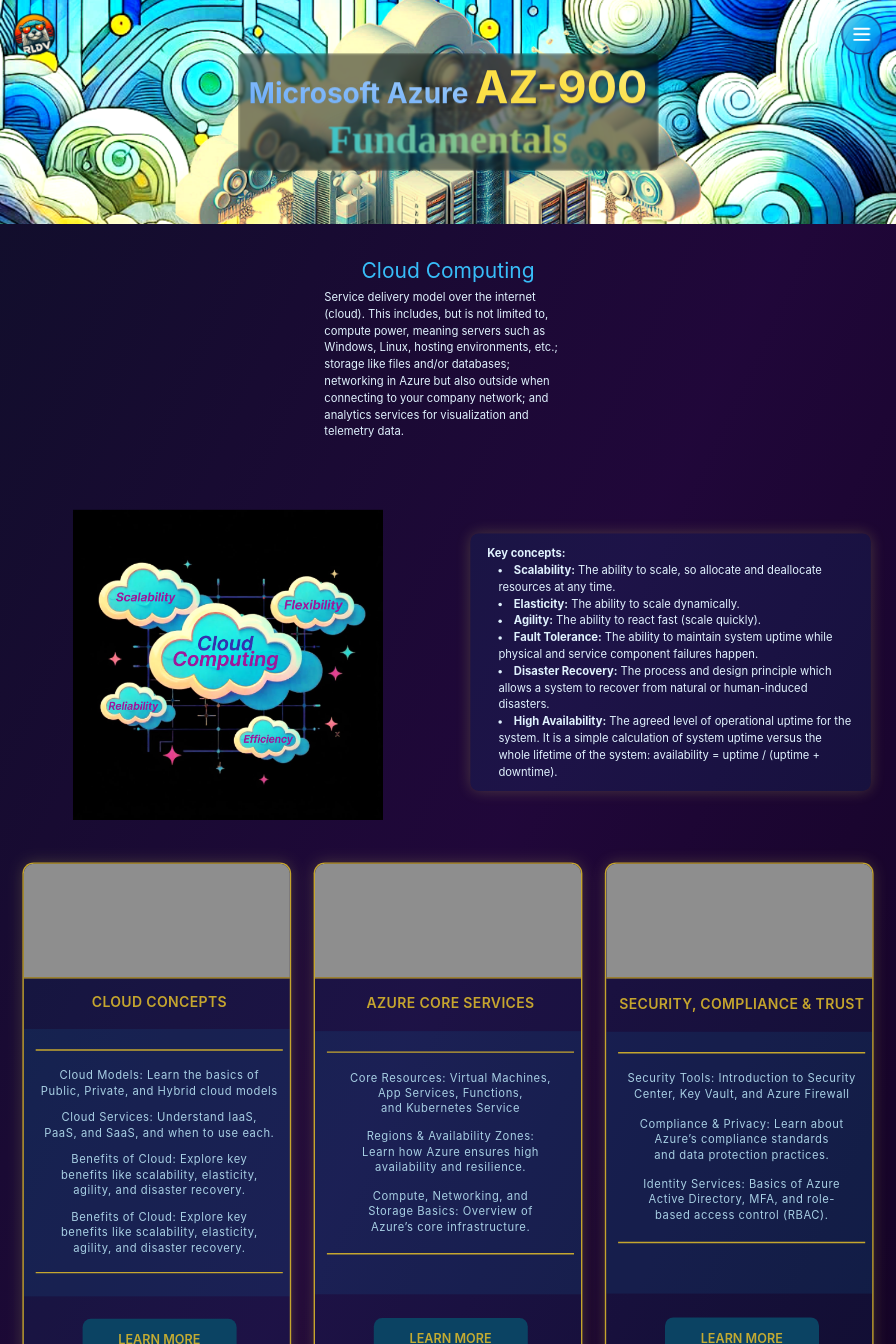
Repository: Freezler/az-900_svelte5
Page: /
An editor plug-in stored every save of this project. The page is shown before and after the next save, followed by the edit.
The browser window is 1280 px wide. The pictures show the part of the page from y = 0 to 1920 px (the page is 2710 px tall), at 70% of full size.
Pictures or frames that could not be fetched are drawn as grey boxes. The project was rebuilt for these pictures with package versions that can differ from the ones it lists, and the page was loaded fresh each time. The framework's server and built-in components were replaced by stand-ins that run in the browser. Also part of the build but not shown: vite.config.ts.

Above is the page before, as saved 2024-11-10 10:53:06.

### src/app.html
<!doctype html>
<html lang="en">
	<head>
		<meta charset="utf-8" />
		<link rel="icon" href="%sveltekit.assets%/favicon.png" />
		<meta name="viewport" content="width=device-width, initial-scale=1" />
		%sveltekit.head%
	</head>
	<body data-sveltekit-preload-data="hover" >
		<div style="display: contents">%sveltekit.body%</div>
	</body>
</html>

### src/routes/+layout.svelte
<script lang="ts">
	import '../app.css';
	let { children } = $props();

</script>

<div class="bg-gradient-to-br from-[#0d0c28fc] via-[#1b0135f9] to-[#10021e] bg-cover bg-center bg-no-repeat ">{@render children()}</div>

### src/routes/+page.svelte
<script lang="ts">
	import ComputingArticle from '../components/ComputingArticle.svelte';

	import Toggle from '../components/Toggle.svelte';
	import Header from '../components/Header.svelte';
	import Popover from '../components/Menu.svelte';
	import Cards from '../components/Cards.svelte';
	import Login from '../components/Login.svelte';
</script>

<header class="">
	<Popover />
	<Header />
</header>
<main>
	<section>
		<ComputingArticle />
		<Cards />
	</section>
	<aside><Toggle /></aside>
	<footer><Login /></footer>
</main>

### src/app.css
@tailwind base;
@tailwind components;
@tailwind utilities;

:root {
  --text-color  : rgba(244, 205, 48, 0.888);
  --bg-color    : hsla(217, 87%, 3%, 0.298);
  --bg-color2   : hsla(299, 91%, 31%, 0.974);
  --bg-gradient : 135deg, rgba(237, 249, 10, .7) 0%, rgba(216, 204, 37, 0.7) 35%, rgba(0, 212, 255, 0.7) 100%;
  --bg-gradient2: 90deg, rgba(216, 204, 37, 0.5) 0%, rgba(0, 212, 255, 0.5) 70%;
}

* {
  margin     : 0;
  padding    : 0;
  box-sizing : border-box;
  user-select: none;
  /* outline : 1px dotted red; */
}

body {
  font-family: 'Inter', sans-serif;


}

### src/components/ComputingArticle.svelte
<div class="grid items-center justify-center gap-2 place-self-center text-sky-100 w-[35ch] pt-12">
	<h2 class="text-3xl text-center text-sky-400">Cloud Computing</h2>
	<p>
		Service delivery model over the internet (cloud). This includes, but is not limited to, compute
		power, meaning servers such as Windows, Linux, hosting environments, etc.; storage like files
		and/or databases; networking in Azure but also outside when connecting to your company network;
		and analytics services for visualization and telemetry data.
	</p>
</div>

<section class="grid items-center grid-cols-1 lg:grid-cols-2 justify-center place-items-center place-self-center place-content-center gap-0	z-10 text-start">
	<img
		src="../public/images/cloud.png"
		alt="cloudSolutions"
		loading="lazy"

		class=" w-full md:w-[572px]  mx-auto rounded-2xl overflow-hidden  mr-16"
	/>
	<article
		class=" bg-sky-600/10  text-sky-100 px-6 py-4 w-[572px] mt-16 rounded-xl shadow-[0_0px_22px_rgba(255,255,99,0.2)]"
	>
		<p><strong>Key concepts:</strong></p>
		<ul class="list-inside list-disc pl-4">
			<li>
				<strong>Scalability:</strong> The ability to scale, so allocate and deallocate resources at any
				time.
			</li>
			<li><strong>Elasticity:</strong> The ability to scale dynamically.</li>
			<li><strong>Agility:</strong> The ability to react fast (scale quickly).</li>
			<li>
				<strong>Fault Tolerance:</strong> The ability to maintain system uptime while physical and service
				component failures happen.
			</li>
			<li>
				<strong>Disaster Recovery:</strong> The process and design principle which allows a system to
				recover from natural or human-induced disasters.
			</li>
			<li>
				<strong>High Availability:</strong> The agreed level of operational uptime for the system. It
				is a simple calculation of system uptime versus the whole lifetime of the system: availability
				= uptime / (uptime + downtime).
			</li>
		</ul>
	</article>
</section>

### src/components/Toggle.svelte
<script lang="ts">

	let name = $state('Randy');
	let status: 'DARK' | 'LIGHT' = $state('DARK');
	let full_name = $derived(name + ' ' + 'de vries');

	function toggle() {
		status = status === 'DARK' ? 'LIGHT' : 'DARK';
	}

	function onclick() {
		status = status === 'DARK' ? 'LIGHT' : 'DARK';
		window.document.body.classList.toggle('dark-mode')
	}
</script>

<div class="max-w-[400px] mx-auto grid place-items-center items-center justify-center gap-2 border-2 p-4  py-8 my-4 bg-yellow-600/10">
		<p class="text-2xl font-serif text-white ">
			set theme: <span class="font-sans {status === 'LIGHT' ? 'text-gray-200' : 'text-red-900'}">{status}</span>
		</p>

		<!-- <button on:click={toggle}>toggle status</button> -->
		<button
			class=" w-[176px] rounded bg-blue-500 px-4 py-2 font-bold text-white hover:bg-blue-700 active:scale-[.98]"
			type="button"
			onclick={toggle}>Toggle theme</button
		>
	</div>

### src/components/Header.svelte
<script lang="ts">
	// Declare props
	let { name = 'AZ-900' } = $props();

	// Local state for the surname
	let surname = $state('Fundamentals');

	// Derived state for the full name
	let full_name = $derived(`${name} ${surname}`);
</script>

<div
	class="max-w-[100svw] z-100 mx-auto grid h-80 place-content-center place-items-center items-center justify-center bg-[url('/public/images/headImage.png')] bg-cover bg-top"
>
	<div class="grid backdrop-blur-[2px] px-4 rounded-lg backdrop-brightness-[.50] pb-4">
		<h1
			class="shadow-[rgba(7, 25, 224, 0.9)] drop bg-clip-text text-center text-[clamp(1rem,5vw,2.5rem)] font-bold text-transparent bg-gradient-to-tr from-blue-400 via-blue-300 to-blue-700  drop-shadow-[-2px_2px_2px_rgba(137, 25, 224, 0.9)]"
		>
			Microsoft Azure <span
				class="bg-gradient-to-tr from-yellow-300 via-yellow-300 to-yellow-200 bg-clip-text text-[clamp(2.8rem,5vw,8.5rem)] font-bold text-transparent drop-shadow-[2px_4px_2px_rgba(36,50,100,0.9)]"
				>{name}</span
			>
		</h1>
		<h3
			class="bg-clip-text text-6xl text-center text-[clamp(1rem,5vw,3.5rem)] font-[700] font-[montserrat] bg-gradient-to-r from-[hsl(192,88%,51%)] via-[--hsl(192,88%,71%)] to-[--text-color]  pb- text-transparent drop-shadow-[2px_4px_32px_rgba(6,100,150,0.9)] backdrop-brightness-[.90] "
		>
			{surname}
		</h3>
	</div>
</div>

### src/components/Menu.svelte
<script lang="ts">
	import { cubicInOut } from 'svelte/easing';
	import { fly } from 'svelte/transition';
	let showMenu: boolean = $state(false);


</script>

	<!-- Your existing code -->

<img
	src="/public/images/Design 2.png"
	alt="Ran form Logo"
	class="fixed left-[16px] top-[16px] w-[64px] rounded-full z-[200]"
/>
<button
	onclick={() => (showMenu = !showMenu)}
	class="fixed right-[20px] top-[20px] flex  h-[58px] w-[58px] items-center justify-center rounded-full bg-blue-600/20 backdrop-blur text-white border-2 border-blue-900"
>
	<svg
		xmlns="http://www.w3.org/2000/svg"
		class="h-8 w-8"
		fill="none"
		viewBox="0 0 24 24"
		stroke="currentColor"
	>
		{#if showMenu}
			<path
				stroke-linecap="round"
				stroke-linejoin="round"
				stroke-width="2"
				d="M6 18L18 6M6 6l12 12"
			/>
		{:else}
			<path
				stroke-linecap="round"
				stroke-linejoin="round"
				stroke-width="2"
				d="M4 6h16M4 12h16M4 18h16"
			/>
		{/if}
	</svg>
</button>

{#if showMenu}
	<ul
		class="items-center justify-center fixed bottom-0 right-0 z-100 grid h-[50vh] w-[100vw] border-t border-blue-900 place-content-center bg-blue-600/20 backdrop-blur text-white uppercase text-center text-xl z-[200]"
		transition:fly={{ y: 100, duration: 420, easing: cubicInOut }}
	>
		<li class="px-2 py-4 w-[80vw] underline underline-offset-4 transition-colors ease-linear duration-400 hover:bg-blue-600/20 rounded-t-lg  bg-blue-200/30">
			<a href="/">Home</a>
		</li>
		<li class=" px-2 py-4 transition-colors hover:underline underline-offset-4  ease-linear duration-400 hover:bg-blue-600/20  bg-blue-200/30">
			<a href="/concepts">Concepts</a>
		</li>
		<li class=" px-2 py-4 transition-colors hover:underline underline-offset-4 ease-linear duration-400 hover:bg-blue-600/20  bg-blue-200/30">
			<a href="/security">Security</a>
		</li>
		<li class="px-2 py-4 transition-colors  hover:underline underline-offset-4 ease-linear duration-400 hover:bg-blue-600/20 rounded-b-lg  bg-blue-200/30">
			<a href="/services">Services</a>
		</li>
	</ul>
{/if}

### src/components/Cards.svelte
<script>
	import { goto } from '$app/navigation';
	// Define your plans as an array of objects
	const concepts = [
		{
			url: 'concepts',
			image:
				'https://learn.microsoft.com/training/achievements/microsoft-azure-fundamentals-describe-cloud-concepts-social.png',
			name: 'Cloud Concepts',
			features: [
				'Cloud Models: Learn the basics of Public, Private, and Hybrid cloud models',
				'Cloud Services: Understand IaaS, PaaS, and SaaS, and when to use each.',
				'Benefits of Cloud: Explore key benefits like scalability, elasticity, agility, and disaster recovery.',
				'Benefits of Cloud: Explore key benefits like scalability, elasticity, agility, and disaster recovery.'

			]
		},
		{
			url: 'services',
			image:
				'https://images.unsplash.com/photo-1667372459510-55b5e2087cd0?q=80&w=1932&auto=format&fit=crop&ixlib=rb-4.0.3&ixid=M3wxMjA3fDB8MHxwaG90by1wYWdlfHx8fGVufDB8fHx8fA%3D%3D',
			name: 'Azure Core Services',
			features: [
				'Core Resources: Virtual Machines, App Services, Functions, and Kubernetes Service',
				'Regions & Availability Zones: Learn how Azure ensures high availability and resilience.',
				'Compute, Networking, and Storage Basics: Overview of Azure’s core infrastructure.'
			]
		},
		{
			url: 'security',
			image:
				'https://plus.unsplash.com/premium_photo-1700830452756-1a3f4314e564?q=80&w=1674&auto=format&fit=crop&ixlib=rb-4.0.3&ixid=M3wxMjA3fDB8MHxwaG90by1wYWdlfHx8fGVufDB8fHx8fA%3D%3D',
			name: 'Security, Compliance & Trust',
			features: [
				'Security Tools: Introduction to Security Center, Key Vault, and Azure Firewall',
				'Compliance & Privacy: Learn about Azure’s compliance standards and data protection practices.',
				'Identity Services: Basics of Azure Active Directory, MFA, and role-based access control (RBAC).'
			]
		}
	];
</script>

<section
	class="z-10 grid grid-rows-1 gap-8 py-8 md:grid-cols-2 md:gap-8 md:px-8 xl:grid-cols-3"
>
	{#each concepts as concept}
		<div
			class=" pt-1  grid grid-rows-[148px_64px_auto_auto] place-items-center overflow-hidden rounded-2xl border-2 border-[--text-color] bg-sky-600/10 pb-9 shadow-[0_0px_22px_rgba(255,255,99,0.2)] brightness-90 transition duration-700 hover:scale-[1.001] hover:border-[hsla(184,69%,60%,1)] hover:shadow-[2px_6px_12px_rgba(22,125,22,0.9)]"
		>
			<img
				src={concept.image}
				class=" z-10 h-[172px] pt-2  w-full border-b-2 border-[--text-color] object-cover object-center hover:border-[hsla(184,69%,60%,1)]"
				loading="lazy"
				alt="concept"
			/>
			<div class="row-span-2 grid grid-cols-subgrid place-items-center items-center justify-center">
				<h2 class="] mt-[28px] text-xl font-semibold uppercase tracking-wide text-[--text-color]">
					{concept.name}
				</h2>
			</div>

			<div
				class=" row-span-12 my-5 w-full grid grid-rows-subgrid place-items-start items-start gap-4 text-pretty border border-transparent bg-sky-500/10 px-4 pt-7 pb-6 text-center"
			>
				{#each concept.features as feature}
					<h3
						class="border-b-1 mx-auto  grid w-[35ch]  grid-rows-subgrid text-balance border-[--text-color] px-0 text-[14px] font-normal leading-snug tracking-wider text-sky-200 py-0 first:border-t-2 first:pt-6 last:pb-6 last:border-b-2 lg:text-[16px] border-s-fuchsia-400 ">
						{feature}
					</h3>
				{/each}
			</div>
			<button
				type="button"
				class="mx-auto mt-3 w-[220px] grid-cols-subgrid rounded-xl border-[2px_solid_var(--text-color)] bg-sky-900 px-8 py-4 text-base font-semibold uppercase text-[--text-color] transition duration-[420ms] hover:bg-sky-500 hover:text-white hover:shadow-[2px_2px_22px_rgb(65,183,255,0.9)] md:text-lg lg:text-lg"
				><a href="/{concept.url}">Learn more</a></button
			>
		</div>
	{/each}
</section>

### src/components/Login.svelte
<script>
	import { onMount } from 'svelte';
	let user = $state('Stranger');
	/**
	 * @param {any} response
	 */
	function googleLoginEndpoint(response) {
	  console.log('Google login successful:', response);
	}

	// onMount(() => {
	//   const script = document.createElement("script");
	//   script.src = "https://accounts.google.com/gsi/client";
	//   script.async = true;
	//   script.defer = true;
	//   document.head.appendChild(script);
	// });
</script>

<div class="relative flex min-h-[60vh] items-center justify-center py-16 ">
	<div class="flex w-full max-w-4xl flex-col overflow-hidden rounded-lg shadow-lg md:flex-row">
		<!-- Left side: Logo and Welcome message -->
		<div
			class="flex flex-col items-center justify-center bg-[url('/public/images/headImage.png')] bg-cover bg-center object-cover p-14 text-white md:w-1/2 "
		>
			<img
				src="/public/images/Design 2.png"
				alt="Ran form Logo"
				class="mb-4 h-40 w-40 rounded-full"
			/>
			<h2 class="text-2xl font-semibold p-2 rounded-xl bg-slate-600/50  ">Good Evening {user}!</h2>
			<p class="mt-2 text-center text-lg rounded-xl bg-slate-600/50  p-2 ">Log in to your account!</p>
		</div>

		<!-- Right side: Login Form -->
		<div
			class="flex flex-col items-center justify-center  h-[50vh] bg-blue-600/40 backdrop-blur pt-8 "
		>
			<!-- Google Login Button -->
			<div
				id="g_id_onload"
				data-client_id="YOUR_GOOGLE_CLIENT_ID"
				data-context="signin"
				data-callback="googleLoginEndpoint"
				data-close_on_tap_outside="false"
				data-prompt_parent_id="g_id_onload"
			></div>

			<button
				class="flex w-3/5 items-center justify-center space-x-2 rounded-full border border-gray-300 bg-white py-2 shadow-md hover:bg-gray-50 focus:outline-none"
			>
				<span class="fab fa-google text-gray-500"></span>
				<span class="text-gray-700">Continue with Google</span>
			</button>

			<!-- Divider -->
			<div class="my-4 flex w-full items-center">
				<hr class="flex-grow border-t border-gray-300" />
				<span class="px-3 text-gray-500">OR</span>
				<hr class="flex-grow border-t border-gray-300" />
			</div>

			<!-- Email Login Button -->
			<button
				class="flex w-3/5 items-center justify-center space-x-2 rounded-full border border-gray-300 bg-white py-2 shadow-md hover:bg-gray-50 focus:outline-none"
			>
				<span class="fa fa-user text-gray-500"></span>
				<span class="text-gray-700">Enter Email & Password</span>
			</button>

			<!-- Sign up and Terms Links -->
			<div class=" w-full text-center">
				<p class="text-sm text-red-300">
					Don't have an account? <a href="_blank" class="text-blue-600 hover:underline">Sign up</a>
				</p>
				<p class="mt-0 text-xs text-gray-500 w-[50ch]">
					By continuing, you agree to our <a href="_blank" target="_blank" class="hover:underline"
						>Terms of Service</a
					>
					and
					<a href="_blank" target="_blank" class="hover:underline">Privacy Policy</a>.
				</p>
			</div>
		</div>
	</div>
</div>

### tailwind.config.ts
import aspectRatio from '@tailwindcss/aspect-ratio';
import containerQueries from '@tailwindcss/container-queries';
import forms from '@tailwindcss/forms';
import typography from '@tailwindcss/typography';
// import type { Config } from 'tailwindcss';

export default {
	content: ['./src/**/*.{html,js,svelte,ts}'],


	theme: {
		extend: {
			animation: {



			},

			keyframes: {

			}

		}
	},

	plugins: [typography, forms, containerQueries, aspectRatio]
}

After the next save:
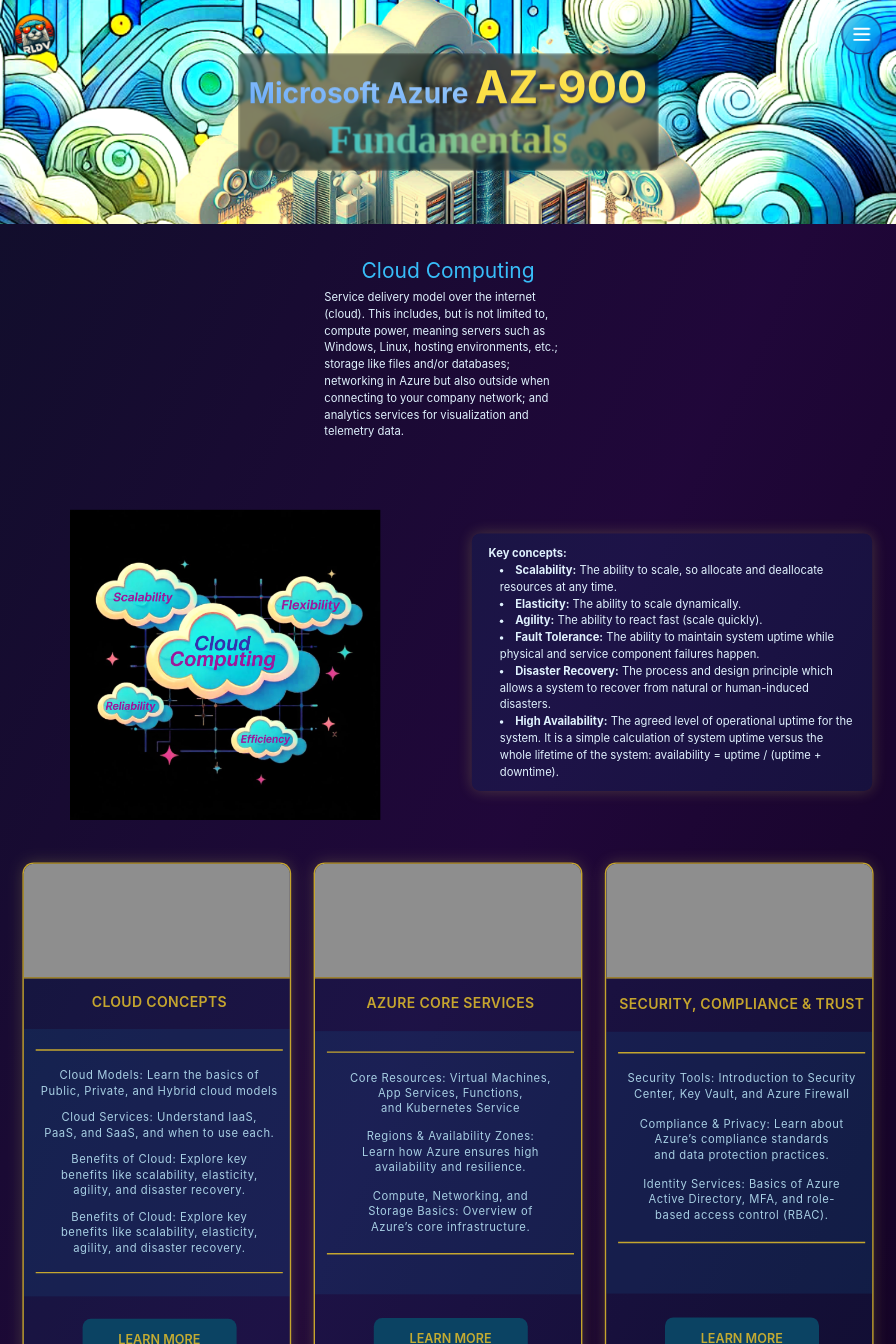
Saved 6 s later.
--- a/src/components/ComputingArticle.svelte
+++ b/src/components/ComputingArticle.svelte
@@ -14,7 +14,7 @@
 		alt="cloudSolutions"
 		loading="lazy"
 
-		class=" w-full md:w-[572px]  mx-auto rounded-2xl overflow-hidden  mr-16"
+		class=" w-full md:w-[572px]  mx-auto rounded-2xl overflow-hidden  mr-32"
 	/>
 	<article
 		class=" bg-sky-600/10  text-sky-100 px-6 py-4 w-[572px] mt-16 rounded-xl shadow-[0_0px_22px_rgba(255,255,99,0.2)]"
